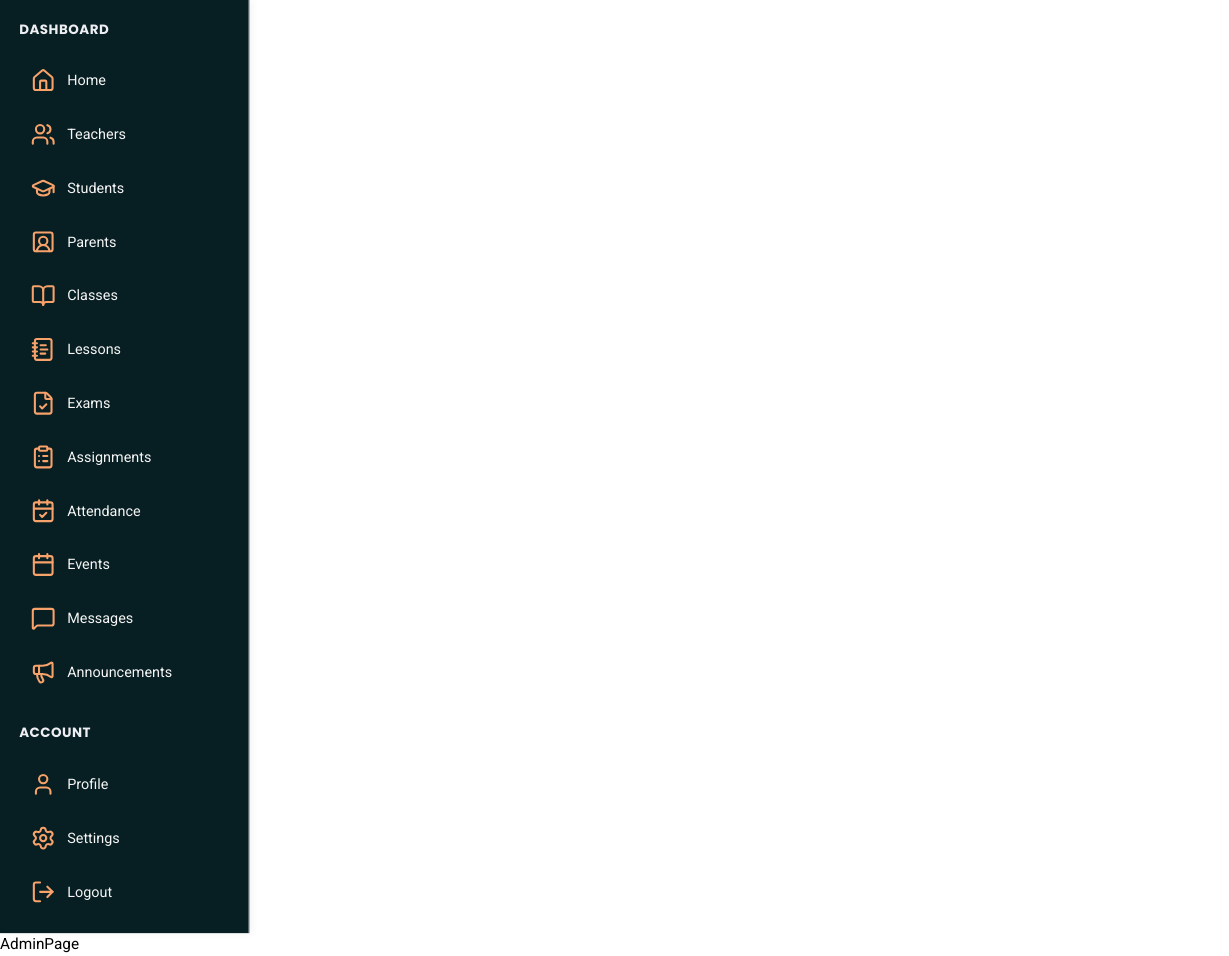
Repository: GlorifiedIntel/student-portal
Page: /admin
An editor plug-in stored every save of this project. The page is shown before and after the next save, followed by the edit.
The browser window is 1280 px wide. The pictures show the whole page, at 96% of full size.
The project was rebuilt for these pictures with package versions that can differ from the ones it lists, and the page was loaded fresh each time. The framework's server and built-in components were replaced by stand-ins that run in the browser. Also part of the build but not shown: next.config.mjs, src/app/(dashboard)/Layout.module.css.

Above is the page before, as saved 2025-08-21 14:04:29.

After the next save:
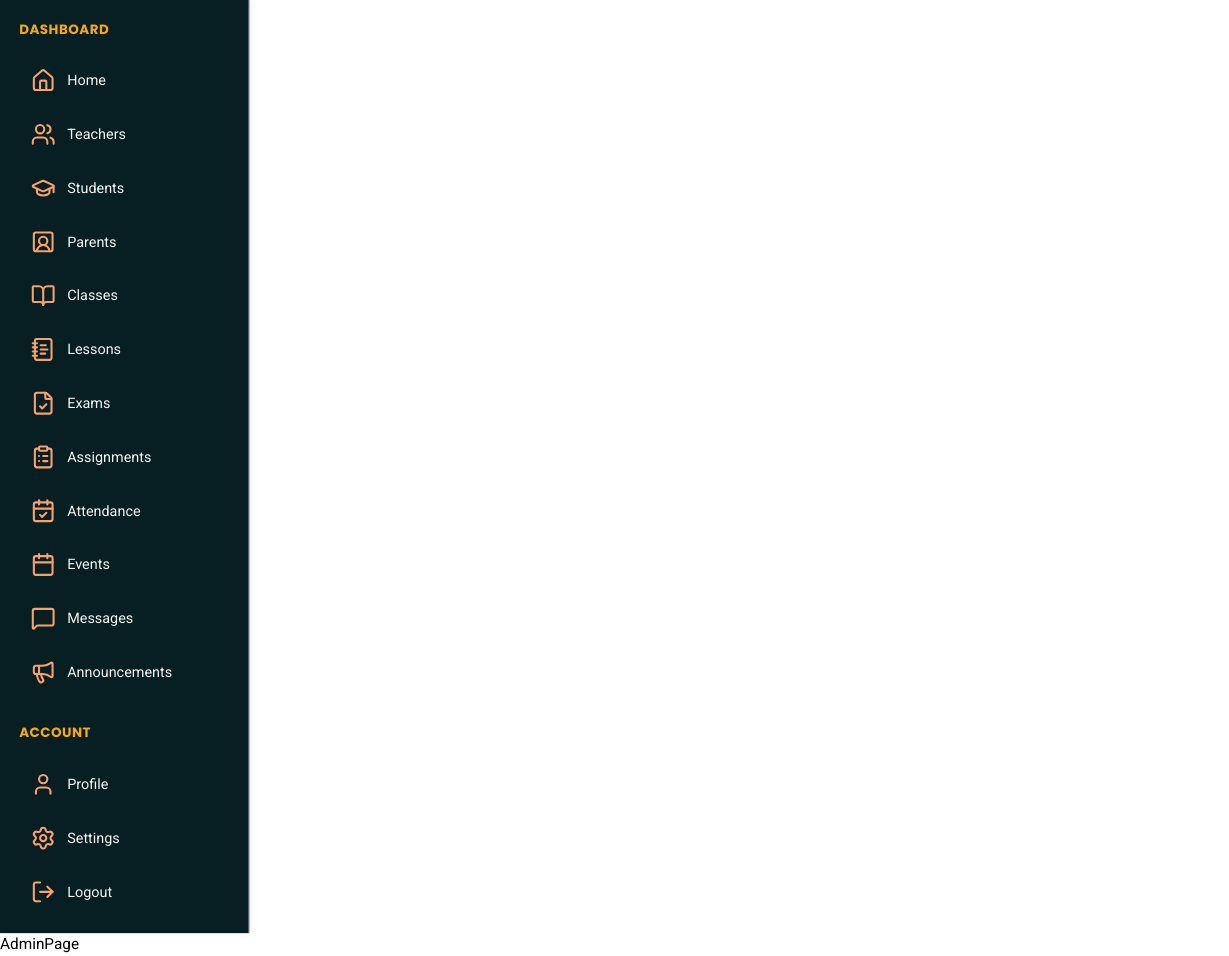
Saved 20 s later.
--- a/src/components/Menu.module.css
+++ b/src/components/Menu.module.css
@@ -20,7 +20,7 @@
 .menu-title {
   font-size: 14px;
   font-weight: 700;
-  color: #eeeff3;
+  color: #f5ab0c;
   text-transform: uppercase;
   margin-bottom: 10px;
   letter-spacing: 0.5px;
